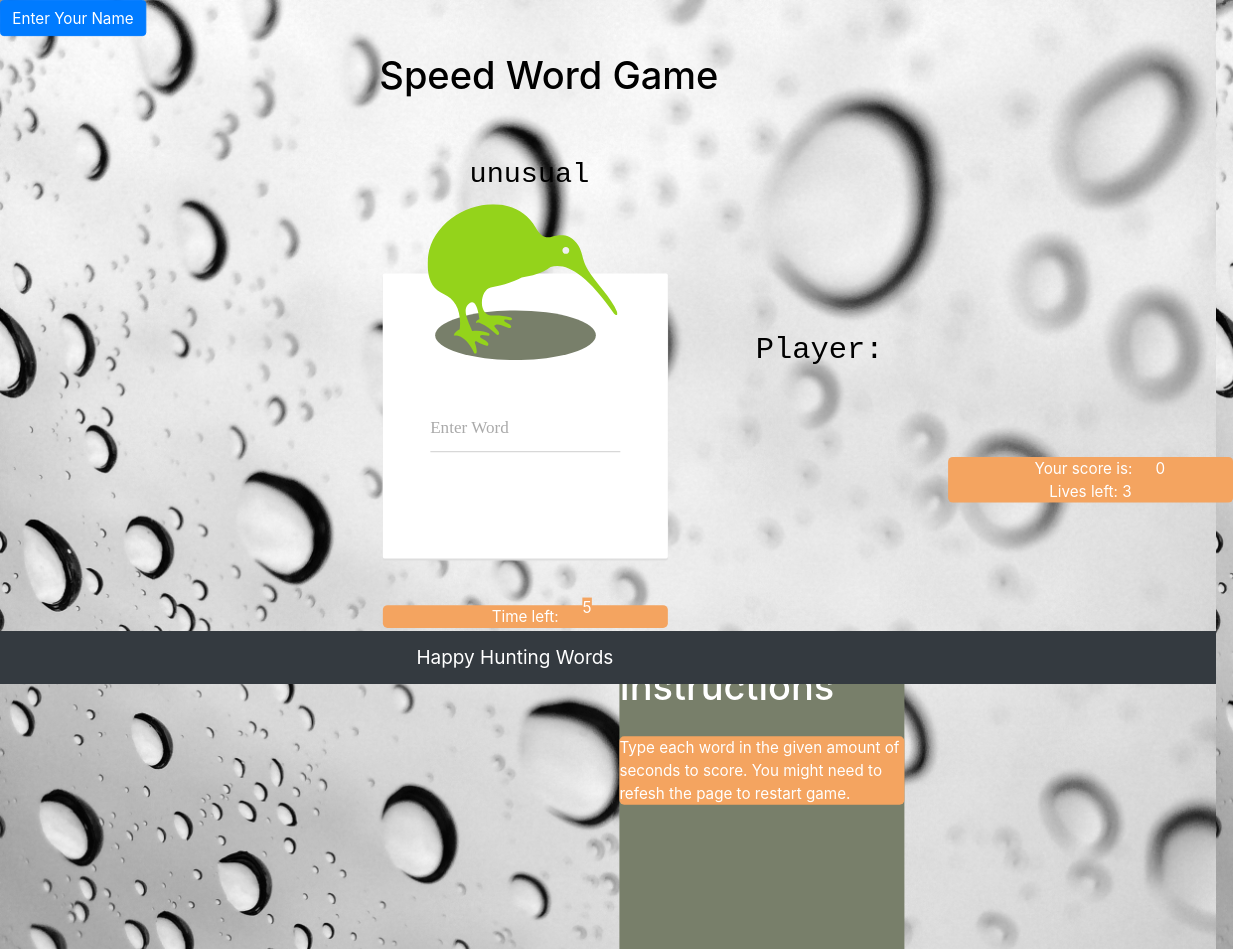
Repository: konstantin0s/word-game-project
Page: index.html
These files come from the project's save history. The page is drawn as it stood at one moment and after a run of saves; the edit follows.
The browser window is 1280 px wide. The page is 1298 px wide, so the pictures cover 1298 px, including what lies to the right of the window. The pictures show the whole page, at 95% of full size.
Backgrounds fixed to the window are drawn as part of the page. Some web libraries are served in a nearby version.

Above is the page before, as saved 2019-02-12 15:13:19.
Console error: ReferenceError: loadSound is not defined

After the next 2 saves:
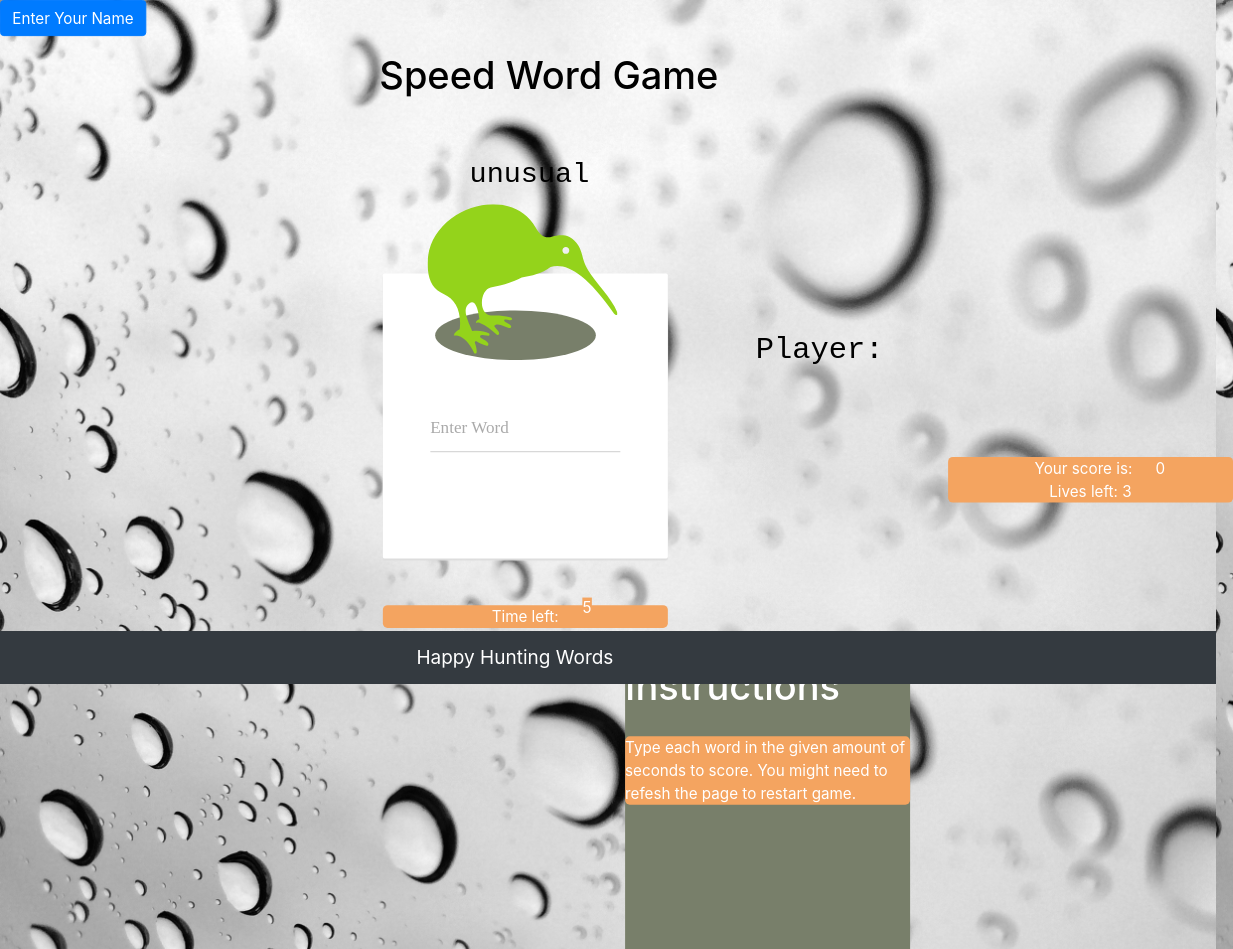
The 2 saves are shown as one change because they came seconds apart.
The last was saved 10 s later.
--- a/css/style.css
+++ b/css/style.css
@@ -217,7 +217,7 @@ b {
   height: 300px;
   color: white;
   position: relative;
-  left: 652px;
+  left: 658px;
   top: 220px;
 }
 
